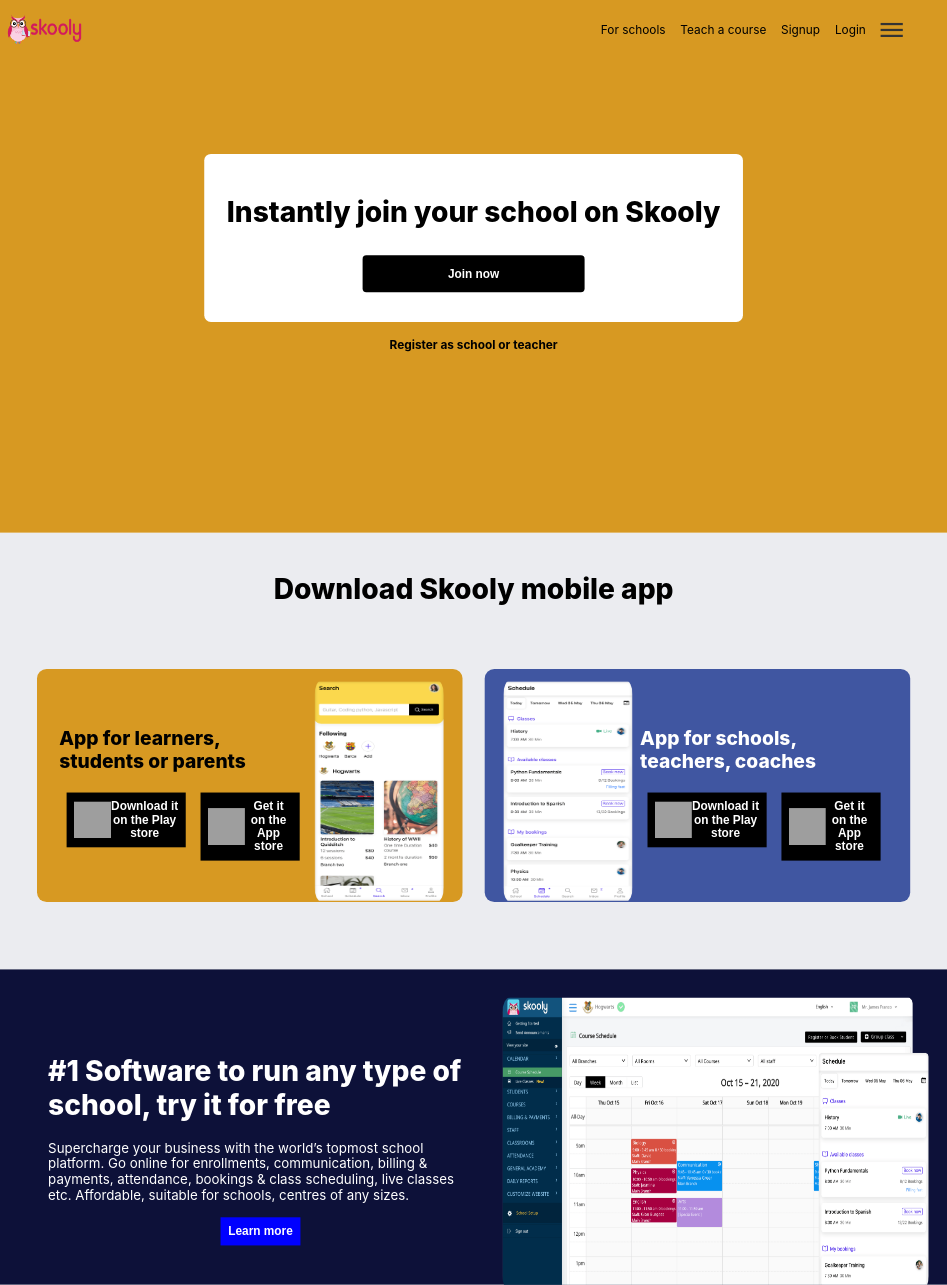
Repository: akankshaajoshi/Skooly-Clone
Page: /
An editor plug-in stored every save of this project. The page is shown before and after the next save, followed by the edit.
The browser window is 1280 px wide. The pictures show the whole page, at 74% of full size.
Pictures or frames that could not be fetched are drawn as grey boxes. The project was rebuilt for these pictures with package versions that can differ from the ones it lists, and the page was loaded fresh each time. Also part of the build but not shown: craco.config.js.

Above is the page before, as saved 2023-09-14 21:02:34.

After the next save:
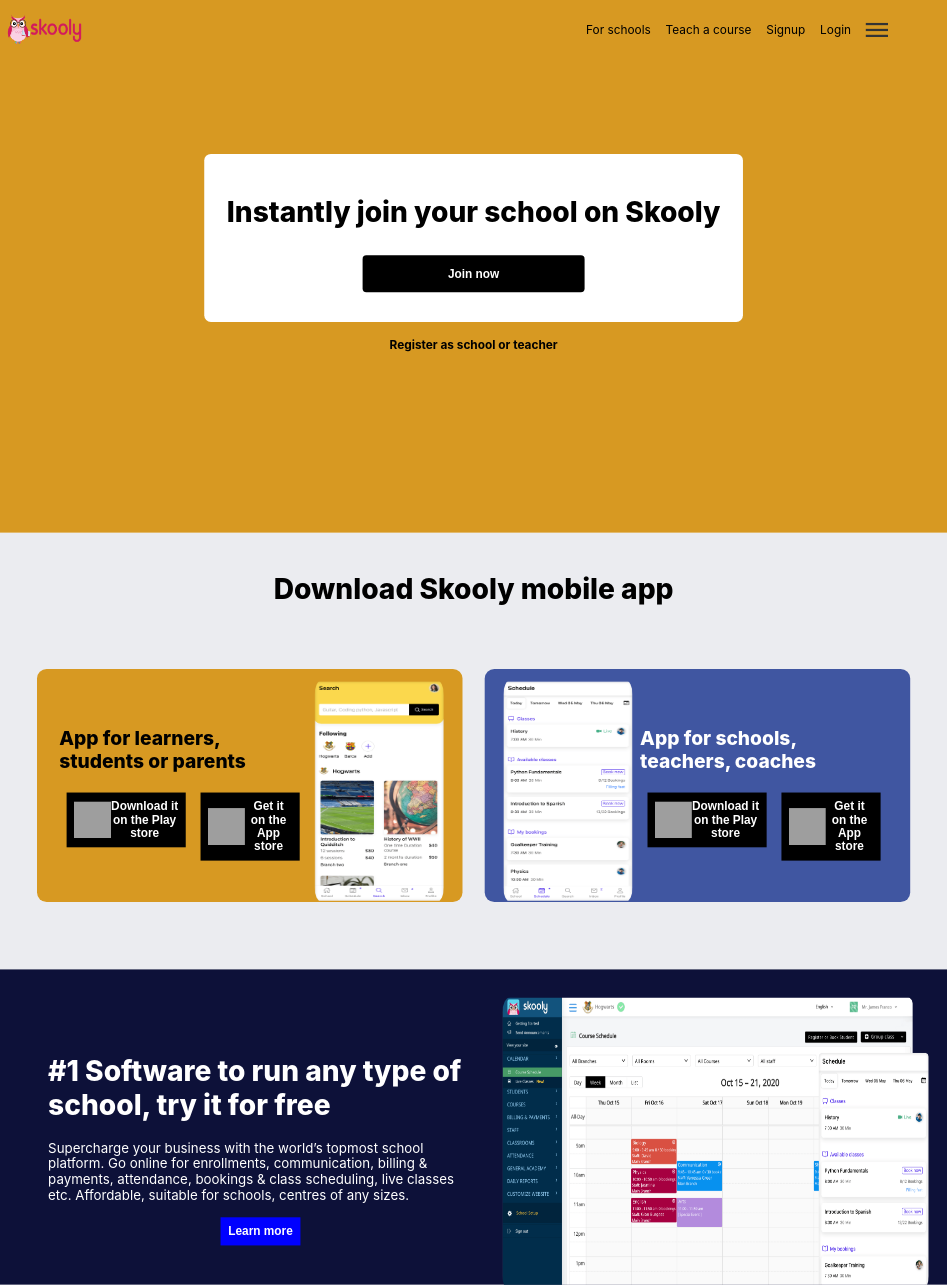
Saved 5 s later.
--- a/src/components/shared/Navbar/index.js
+++ b/src/components/shared/Navbar/index.js
@@ -28,7 +28,7 @@
   display: flex;
   align-items: center;
   flex: 1;
-  padding: 10px 50px 10px 10px;
+  padding: 10px 70px 10px 10px;
   justify-content: flex-end;
 `;
 
